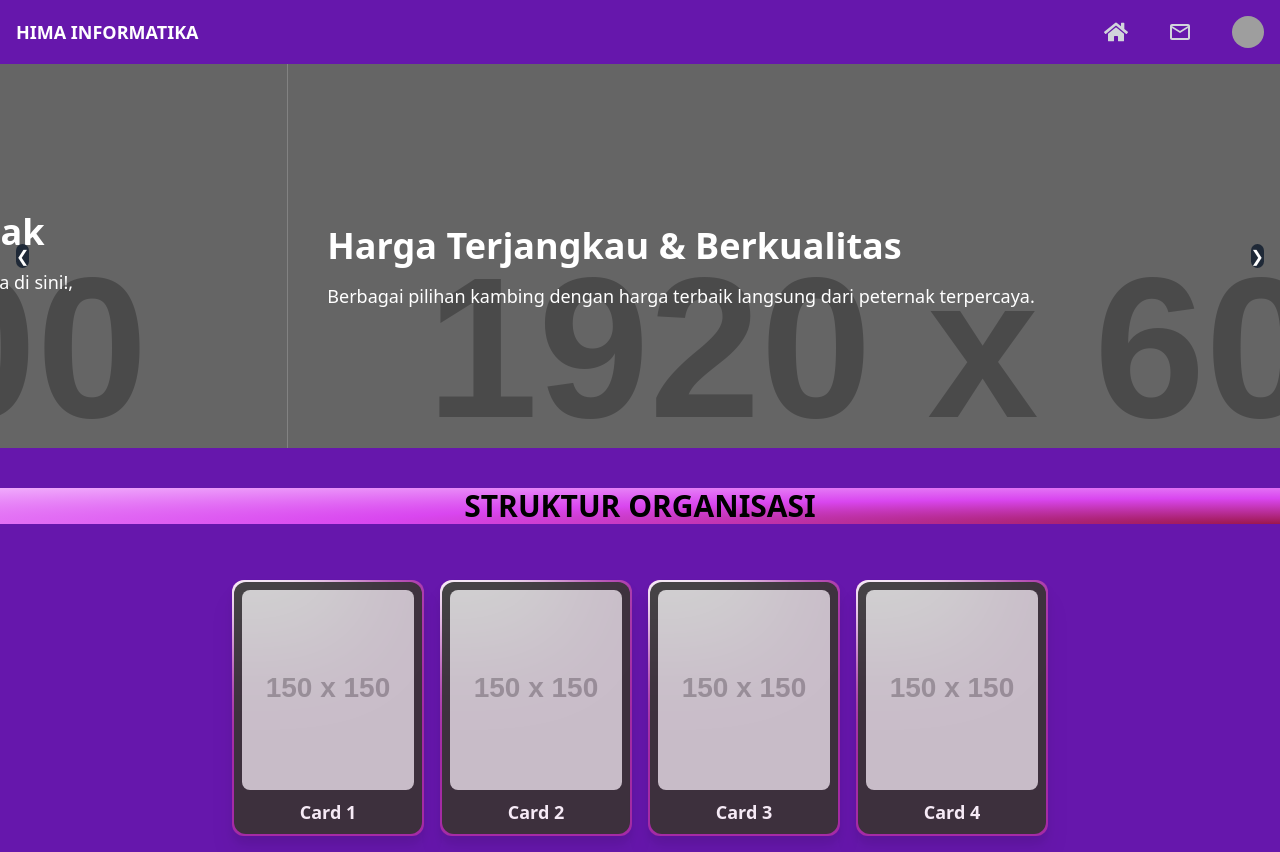
Repository: MUHAMADTEGARWIJAYA/himaif
Page: /
An editor plug-in stored every save of this project. The page is shown before and after the next save, followed by the edit.
The browser window is 1280 px wide. The pictures show the whole page.
Pictures or frames that could not be fetched are drawn as grey boxes. The project was rebuilt for these pictures with package versions that can differ from the ones it lists, and the page was loaded fresh each time. Also part of the build but not shown: vite.config.js.

Above is the page before, as saved 2024-12-21 13:17:39.

After the next save:
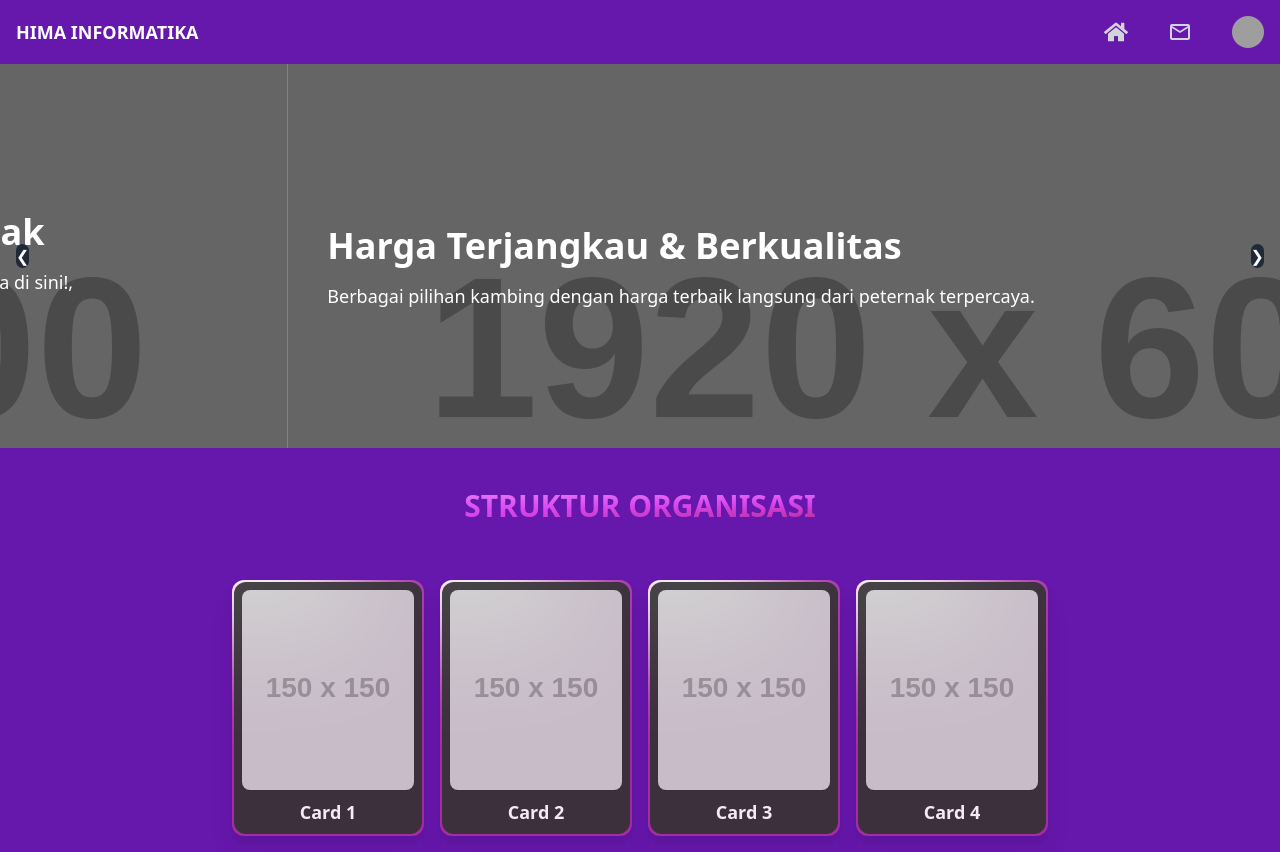
Saved 112 s later.
--- a/src/pages/Members.jsx
+++ b/src/pages/Members.jsx
@@ -44,7 +44,10 @@ const App = () => {
 
   return (
     <div className=" ">
-        <h1 className="text-3xl font-semibold mt-10 text-center bg-[radial-gradient(ellipse_at_bottom_right,_var(--tw-gradient-stops))] from-[#9d174d] via-[#d946ef] to-[#f0abfc]">STRUKTUR ORGANISASI</h1>
+       <h1 className="text-3xl font-semibold mt-10 text-center bg-clip-text text-transparent bg-[radial-gradient(ellipse_at_bottom_right,_var(--tw-gradient-stops))] from-[#9d174d] via-[#d946ef] to-[#f0abfc]">
+  STRUKTUR ORGANISASI
+</h1>
+
     <div className="flex flex-wrap justify-center gap-4 mt-10 p-4">
 
       {cards.map((card, index) => (
